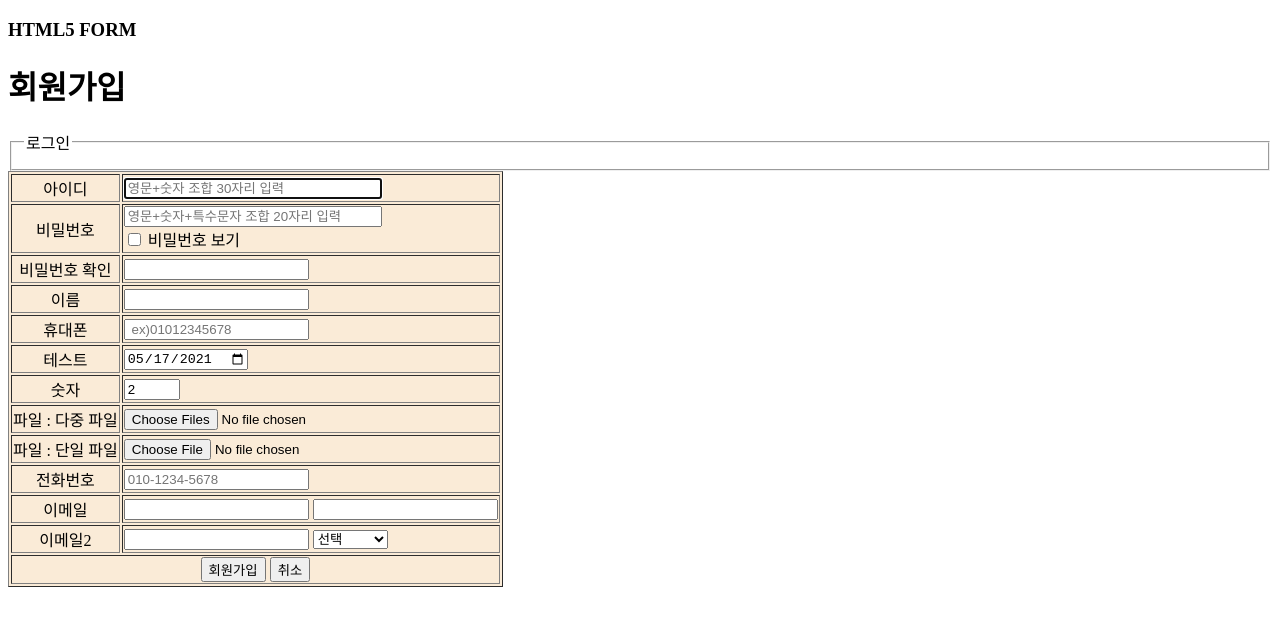
Repository: helloJunejun/WorkSpace_WebUi
Page: 0.3html5_form/src/main/webapp/sample_html5-1.html
The author's editor kept a copy of each file at every save. The page is drawn from the files as they stood at one save, then again after the next save.
The browser window is 1280 px wide. The pictures show the whole page.

Above is the page before, as saved 2021-06-24 07:49:47.

### 0.3html5_form/src/main/webapp/sample_html5-1.html
<!DOCTYPE html PUBLIC "-//W3C//DTD HTML 4.01 Transitional//EN" "http://www.w3.org/TR/html4/loose.dtd">
<html>
<head>
<meta http-equiv="Content-Type" content="text/html; charset=UTF-8">
<title>HTML5 FORM 예제</title>
</head>
<body>
   <h3>HTML5 FORM</h3>

   <form action="" method="get">
      <h1>회원가입</h1>


      <table border="1" cellspacing="2px" cellpading="5px" bgcolor="AntiqueWhite">
            <form action = "result.html" method = "post">
            <fieldset>
                <legend>로그인</legend>
                     <!-- 아이디 -->

                     <tr>
                        <td align="center">아이디</td>
                        <td>
                           <input type = "text" name="memberId" autofocus="autofocus" "
                           placeholder="영문+숫자 조합 30자리 입력" style="width:250px"
                           pattern="[A-Za-z0-9]{6,30}">
                        </td>
                     </tr>

                     <tr>
                        <td align="center">비밀번호</td>
                        <td>
                           <input type = "password" name="memberPw"   placeholder="영문+숫자+특수문자 조합 20자리 입력"
                           style="width:250px"> <br>
                           <input type = "checkbox" name="visiblePw">   비밀번호 보기
                        </td>
                     </tr>
                    </fieldset>

                     <tr>
                        <td align="center">비밀번호 확인</td>
                        <td><input type = "password" name="memberPwConfirm"  ></td>
                     </tr>

                     <tr>
                        <td align="center">이름</td>
                        <td><input type = "password" name="name"  required = "requirde" ></td>
                     </tr>

                     <tr>
                        <td align="center">휴대폰</td>
                        <td>
                           <input type = "password" name="mobile"  placeholder=" ex)01012345678">
                        </td>
                     </tr>

                     <tr>
                        <td align="center">테스트 </td>
                        <td>
                           <input type = "date" name="date" " value="2021-05-17" >
                        </td>
                     </tr>


                     <tr>
                        <td align="center">숫자 </td>
                        <td>
                           <input type = "number" name="date" value="2"  min="2" max="10" step="2">
                        </td>
                     </tr>

                     <tr>
                        <td align="center">파일 : 다중 파일</td>
                        <td>
                           <input type = "file" name="file"  multiple="multiple">
                        </td>
                     </tr>

                     <tr>
                        <td align="center">파일 : 단일 파일</td>
                        <td>
                           <input type = "file" name="file" >
                        </td>
                     </tr>

                     <tr>
                        <td align="center">전화번호</td>
                        <td>
                           <input type = "mobile" name="mobile"
                           placeholder="010-1234-5678" pattern="(010/02/031/051)-\d{3,4}-\d{4}">
                        </td>
                     </tr>

                     <tr>
                        <td align="center">이메일 </td>
                        <td>
                           <input type = "text" name="email1" >
                           <input type = "text" name="email2"  >
                        </td>
                     </tr>

                     <tr>
                        <td align="center">이메일2</td>
                        <td>
                           <input type = "text" name="email2">

                           <select name = "selectEmail">
                              <option value = "none"> 선택 </option>
                              <option value = "@naver.com"> 네이버 </option>
                              <option value = "@gmail.com"> 구글 </option>
                              <option value = "@daum.net"> 다음 </option>
                              <option value = "userInput"> 직접 입력 </option>
                           </select>
                        </td>
                     </tr>


                     <tr>
                        <td align="center" colspan="2" align="center">
                           <input type = "submit" value = "회원가입" >
                           <input type = "reset" value = "취소">
                        </td>
                     </tr>


               </form>
         </table>




   </form>

</body>
</html>

After the next save:
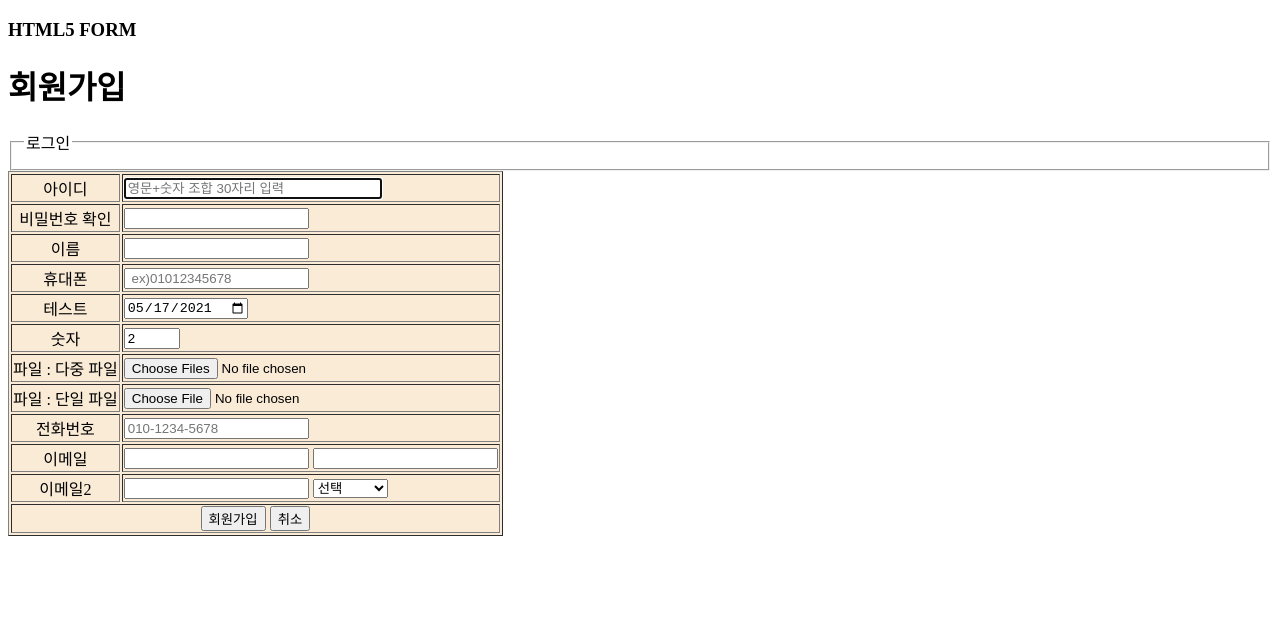
Saved 82 s later.
--- a/0.3html5_form/src/main/webapp/sample_html5-1.html
+++ b/0.3html5_form/src/main/webapp/sample_html5-1.html
@@ -26,15 +26,8 @@
                         </td>
                      </tr>
 
-                     <tr>
-                        <td align="center">비밀번호</td>
-                        <td>
-                           <input type = "password" name="memberPw"   placeholder="영문+숫자+특수문자 조합 20자리 입력"
-                           style="width:250px"> <br>
-                           <input type = "checkbox" name="visiblePw">   비밀번호 보기
-                        </td>
-                     </tr>
-                    </fieldset>
+
+
 
                      <tr>
                         <td align="center">비밀번호 확인</td>
@@ -121,7 +114,7 @@
                         </td>
                      </tr>
 
-
+                     </fieldset>
                </form>
          </table>
 
